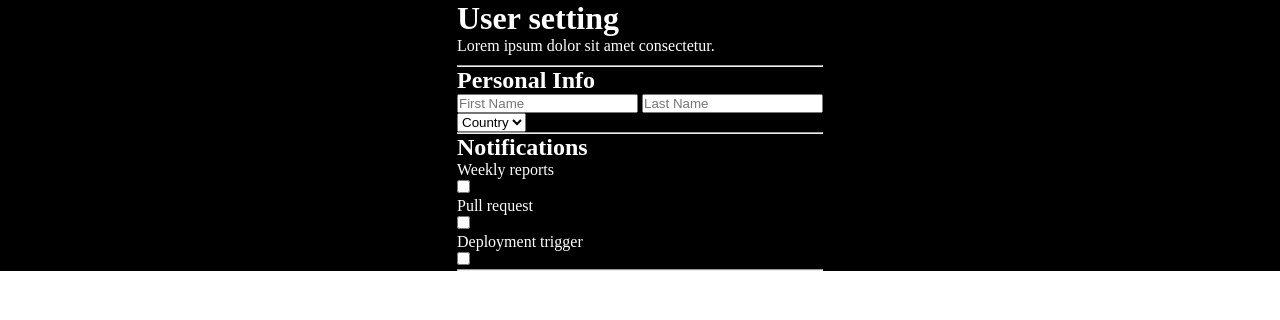
Repository: imokha01/DOM
Page: index.html
These files come from the project's save history. The page is drawn as it stood at one moment and after the next save; the edit follows.
The browser window is 1280 px wide. The pictures show the whole page.

Above is the page before, as saved 2023-12-19 17:16:46.

After the next save:
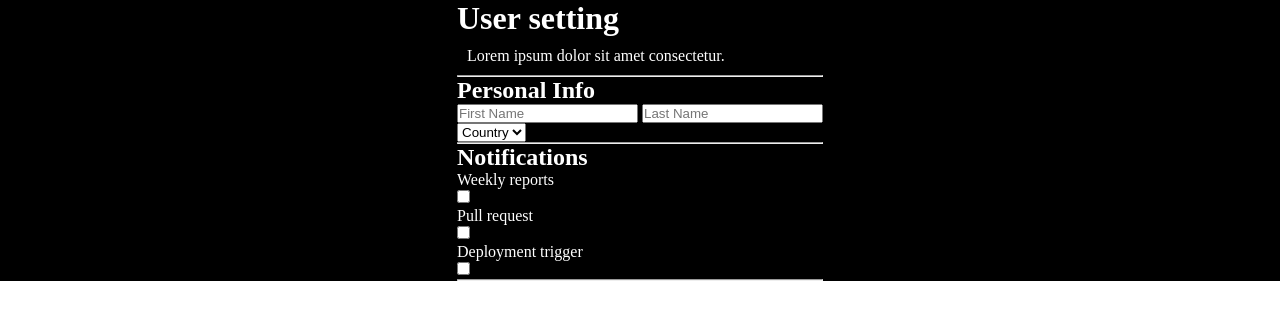
Saved 13 s later.
--- a/index.css
+++ b/index.css
@@ -18,7 +18,7 @@ form {
 }
 
 #userPara {
-    padding-bottom: 10px;
+    padding: 10px;
 }
 
 
